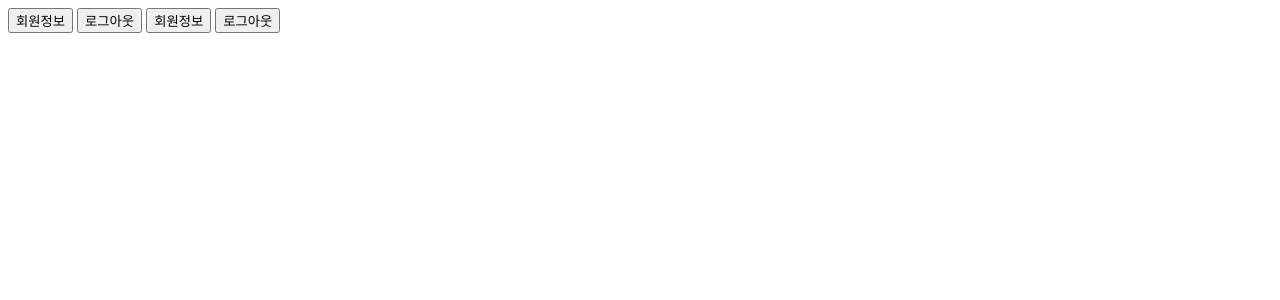
Repository: dnwpdud/WEB_CODES
Page: http://localhost/Homepage_WJO/loginResult.jsp
The author's editor kept a copy of each file at every save. The page is drawn from the files as they stood at one save, then again after the next save.
The browser window is 1280 px wide. The pictures show the whole page.
The page is served by Tomcat 9. Other server files are loaded and not shown.

Above is the page before, as saved 2024-04-03 09:43:31.

### Homepage_WJO/src/main/webapp/loginResult.jsp
<%@ page language="java" contentType="text/html; charset=UTF-8"
    pageEncoding="UTF-8"%>
<!DOCTYPE html>
<html>
<head>
<meta charset="UTF-8">
<title>Insert title here</title>
</head>
<body>
	<%
		// TODO : 세션을 이용 "userid님, 환영합니다." 라고 화면에 출력

		// TODO : 회원 정보 보기 버튼 생성
		// TODO : 로그아웃 버튼 생성

	%>
	<!-- location.href로 이동하면 servlet에서 doGet()을 호출
		 ㄴ GET방식으로 동작
	 -->
	<button onclick="location.href='select.do'">회원정보</button>
	<button onclick="location.href='logout.do'">로그아웃</button>
	<input type="submit" value="회원정보">
	<input type="submit" value="로그아웃">
</body>
</html>

After the next save:
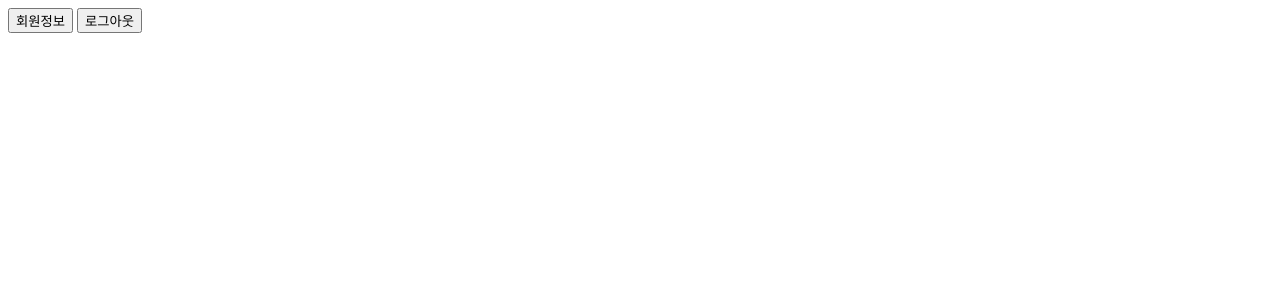
Saved 81 s later.
--- a/Homepage_WJO/src/main/webapp/loginResult.jsp
+++ b/Homepage_WJO/src/main/webapp/loginResult.jsp
@@ -19,7 +19,6 @@
 	 -->
 	<button onclick="location.href='select.do'">회원정보</button>
 	<button onclick="location.href='logout.do'">로그아웃</button>
-	<input type="submit" value="회원정보">
-	<input type="submit" value="로그아웃">
+
 </body>
 </html>
